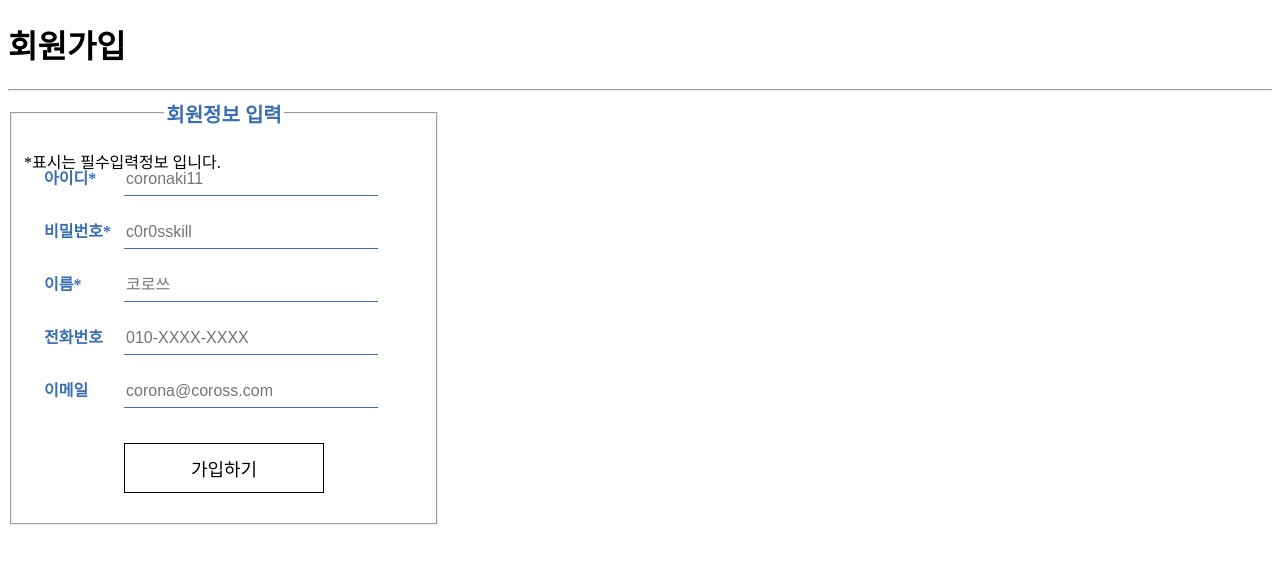
Repository: bbookk1104/spring-workspace
Page: http://localhost/practice_CRUD/joinFrm.do
The author's editor kept a copy of each file at every save. The page is drawn from the files as they stood at one save, then again after the next save.
The browser window is 1280 px wide. The pictures show the whole page.
The page is served by Tomcat 9. Other server files are loaded and not shown.

Above is the page before, as saved 2022-09-30 10:17:54.

### practice_CRUD/src/main/webapp/WEB-INF/views/member/joinFrm.jsp
<%@ page language="java" contentType="text/html; charset=UTF-8"
    pageEncoding="UTF-8"%>
<!DOCTYPE html>
<html>
<head>
<meta charset="UTF-8">
<title>회원가입</title>
<style>
	ul{
		margin: 20px;
		padding: 0;
	}
	li{
		list-style-type: none;
	}
	input[type=text], input[type=password]{
		width: 250px;
		height: 30px;
		margin: 10px 0px 10px 0px;
		border: 0;
		border-bottom: 1px solid #396EB0;
		font-size: 16px;
	}
	input:focus{
		outline: 0;
		color: #396EB0;
		font-weight: bold;
	}
	input[type=submit]{
		margin-top: 25px;
		width:200px;
		height:50px;
		border: 1px solid #000;
		background-color: #fff;
		font-size: 18px;
	}
	input[type=submit]:hover{
		cursor: pointer;
		border-color: #396EB0;
		background-color: #396EB0;
		color: #fff;
		font-weight: bold;
		transition: 0.5s;
	}
	label{
		display: inline-block;
		width: 80px;
		height: 30px;
		color: #396EB0;
		font-weight: 900;
	}
	fieldset{
		width: 400px;
		position: relative;
	}
	legend{
		color: #396EB0;
		font-weight: 900;
		font-size: 20px;
		text-align: center;
	}
	p{
		position: absolute;
		text-align: right;
	}
</style>
</head>
<body>
	<h1>회원가입</h1>
	<hr>
	<form action="/insertMember.do" method="post">
		<fieldset>
			<legend>회원정보 입력</legend>
			<p>*표시는 필수입력정보 입니다.</p>
			<ul>
				<li><label for="id">아이디*</label><input type="text" name="memberId" id="id" placeholder="coronaki11" autocomplete="off" required></li>
				<li><label for="pw">비밀번호*</label><input type="password" name="memberPw" id="pw" placeholder="c0r0sskill" autocomplete="off" required></li>
				<li><label for="name">이름*</label><input type="text" name="memberName" id="name" placeholder="코로쓰" autocomplete="off" required></li>
				<li><label for="phone">전화번호</label><input type="text" name="phone" id="phone" placeholder="010-XXXX-XXXX" autocomplete="off"></li>
				<li><label for="email">이메일</label><input type="text" name="email" id="email" placeholder="corona@coross.com" autocomplete="off"></li>
				<li style="text-align: center;"><input type="submit" value="가입하기"></li>
			</ul>
		</fieldset>
	</form>
</body>
</html>

After the next save:
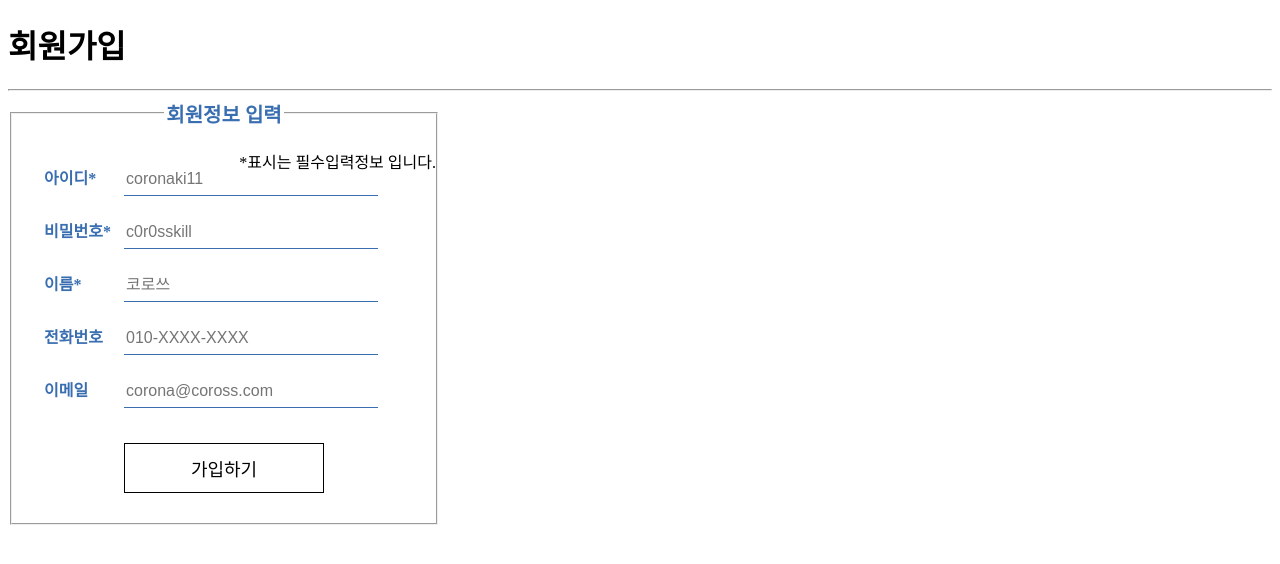
Saved 8 s later.
--- a/practice_CRUD/src/main/webapp/WEB-INF/views/member/joinFrm.jsp
+++ b/practice_CRUD/src/main/webapp/WEB-INF/views/member/joinFrm.jsp
@@ -61,7 +61,7 @@
 	}
 	p{
 		position: absolute;
-		text-align: right;
+		right: 0;
 	}
 </style>
 </head>

After the save that followed:
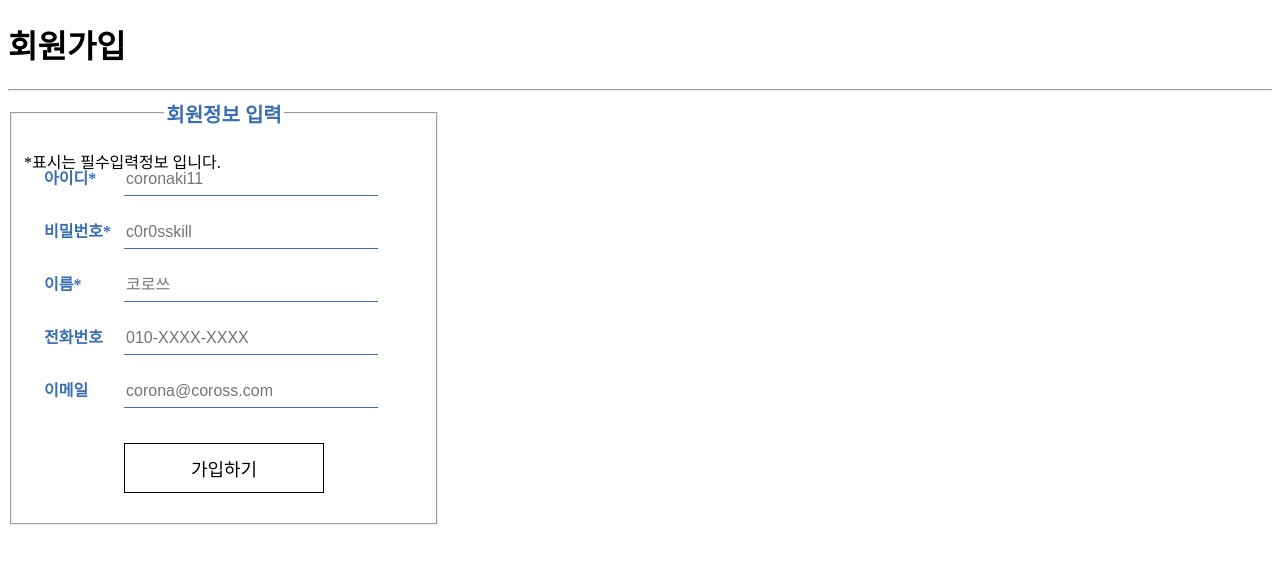
Saved 5 s later.
--- a/practice_CRUD/src/main/webapp/WEB-INF/views/member/joinFrm.jsp
+++ b/practice_CRUD/src/main/webapp/WEB-INF/views/member/joinFrm.jsp
@@ -61,7 +61,7 @@
 	}
 	p{
 		position: absolute;
-		right: 0;
+		right: 10;
 	}
 </style>
 </head>
